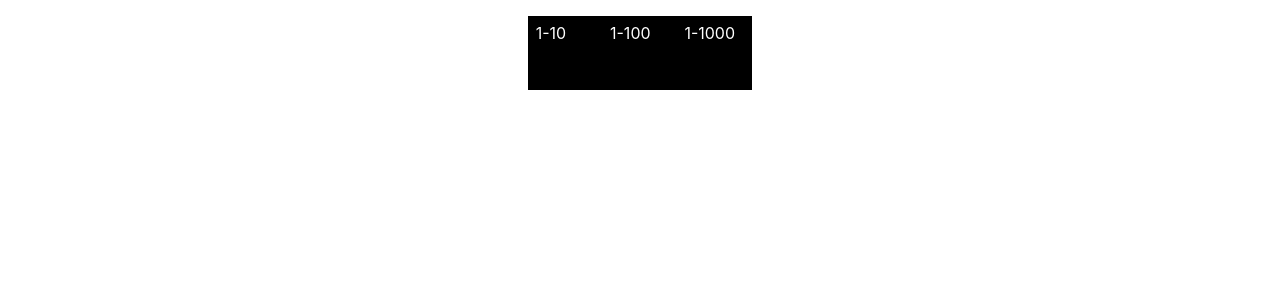
Repository: michalgornicki/number-generator
Page: /
These files come from the project's save history. The page is drawn as it stood at one moment and after the next save; the edit follows.
The browser window is 1280 px wide. The pictures show the whole page.
The project was rebuilt for these pictures with package versions that can differ from the ones it lists, and the page was loaded fresh each time.

Above is the page before, as saved 2021-12-03 13:38:46.

After the next save:
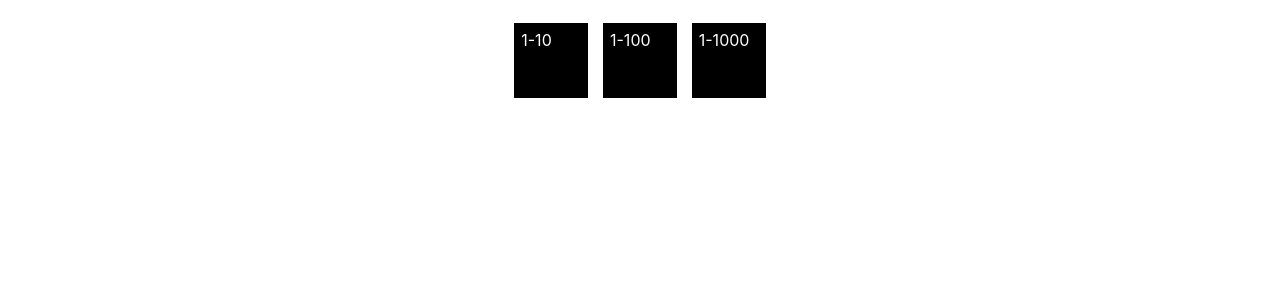
Saved 7 s later.
--- a/src/App.css
+++ b/src/App.css
@@ -11,7 +11,7 @@
     background-color: black;
     color: white;
     padding: 1vmin;
-    margin-bottom: 1vmin;
+    margin: 1vmin;
 }
 
 .map{
